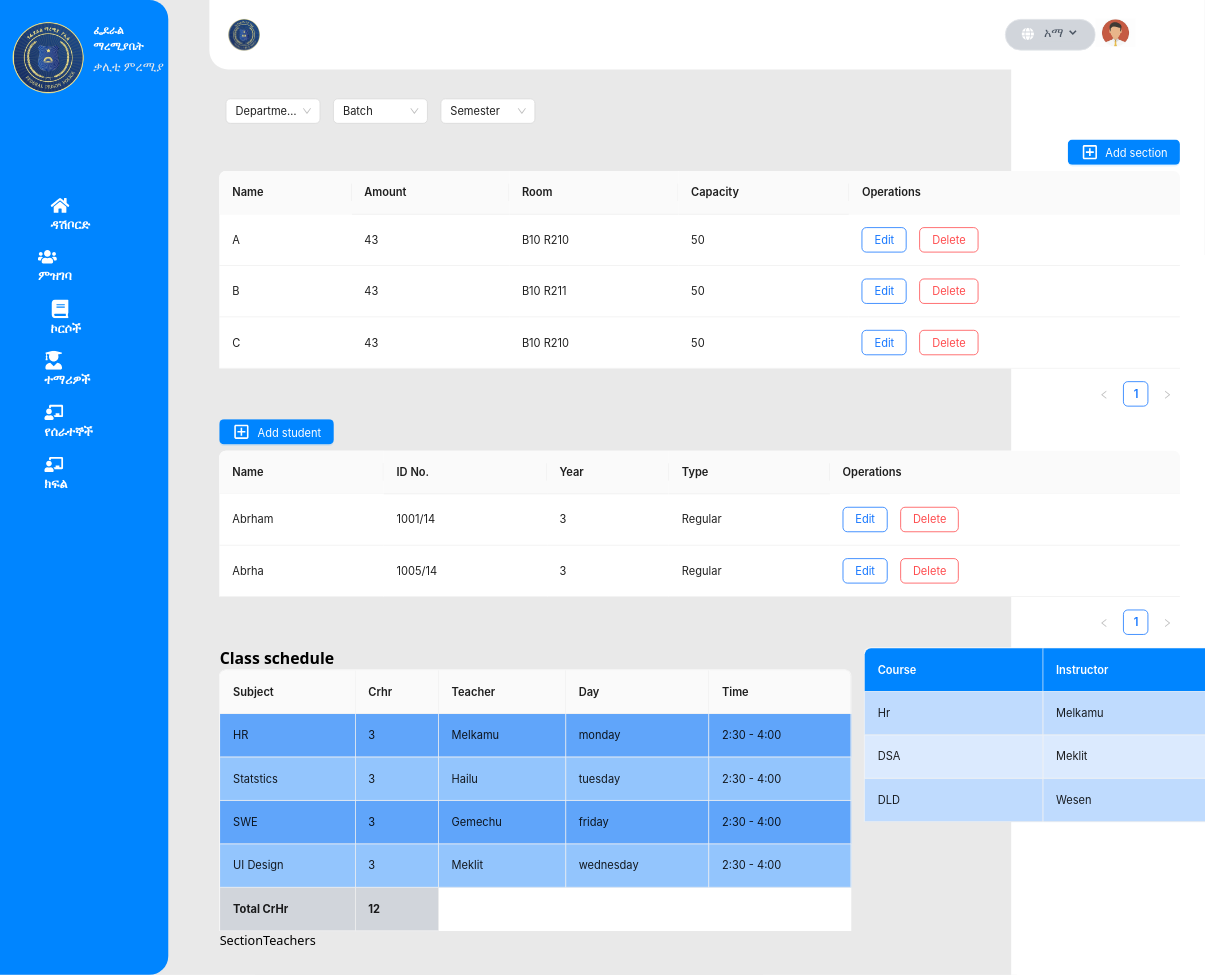
Repository: Yigoya/federal-prison-education-ms-frontend
Page: /classroom, after clicking the first element matching `td.ant-table-cell > a`
An editor plug-in stored every save of this project. The page is shown before and after the next save, followed by the edit.
The browser window is 1280 px wide. The page is 1525 px wide, so the pictures cover 1525 px, including what lies to the right of the window. The pictures show the whole page, at 79% of full size.
The project was rebuilt for these pictures with package versions that can differ from the ones it lists, and the page was loaded fresh each time. Also part of the build but not shown: vite.config.js, src/App.css, src/pages/DashBoard.jsx, src/pages/Courses.jsx, src/layout/AuthLayout.jsx, src/pages/Login.jsx, src/pages/Teachers.jsx, src/pages/StudentRegistration.jsx and 2 more. Imported but missing from the stored project, and not drawn on this page: src/pages/Students.

Above is the page before, as saved 2024-07-05 10:20:12.

After the next save:
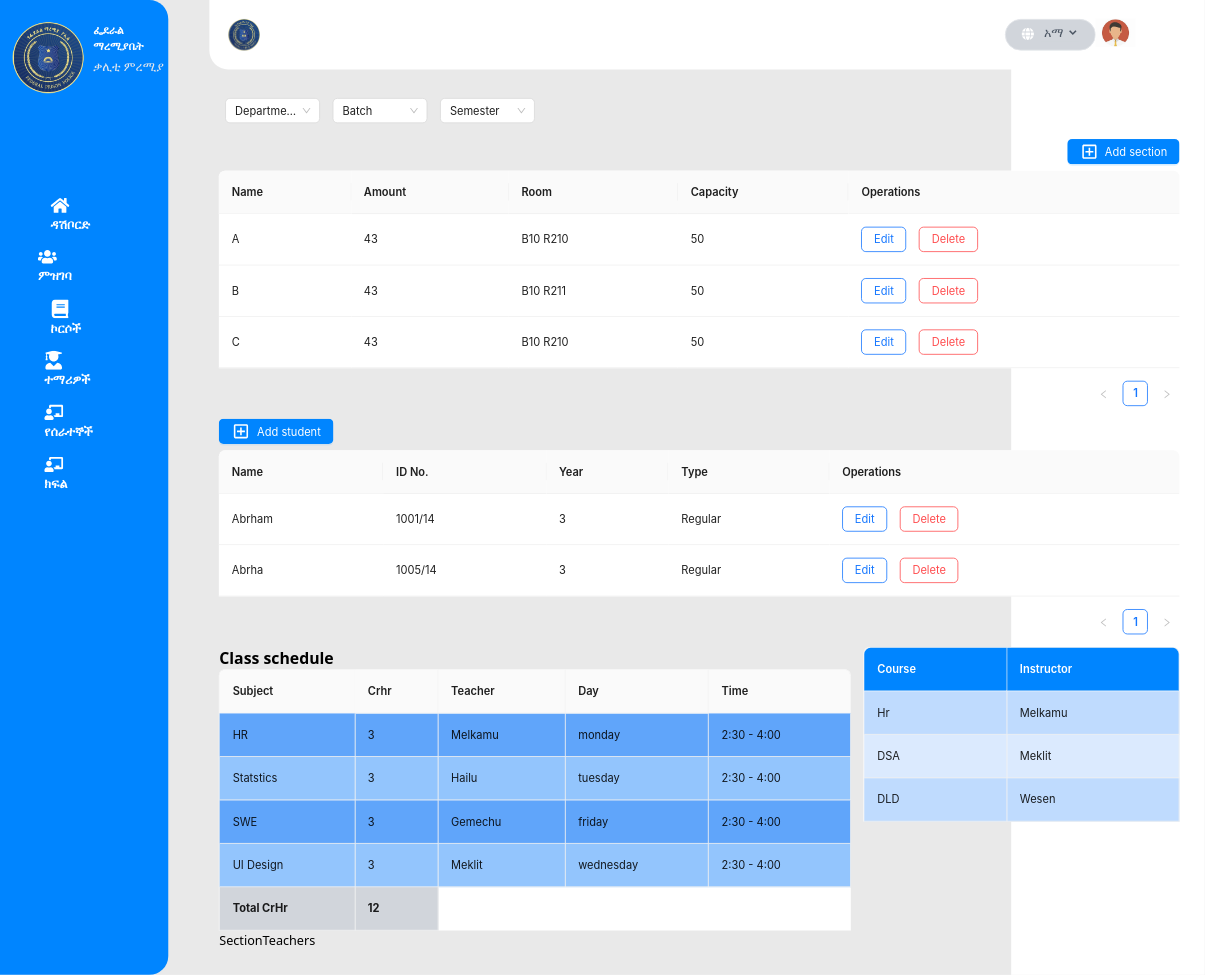
Saved 40 min 28 s later.
--- a/src/components/classroom/CoursesList.jsx
+++ b/src/components/classroom/CoursesList.jsx
@@ -38,7 +38,7 @@
   <>
     <div className="flex justify-center">
       <Table
-        className="w-[500px]"
+        className="w-[400px]"
         columns={columns}
         dataSource={data}
         pagination={false}
